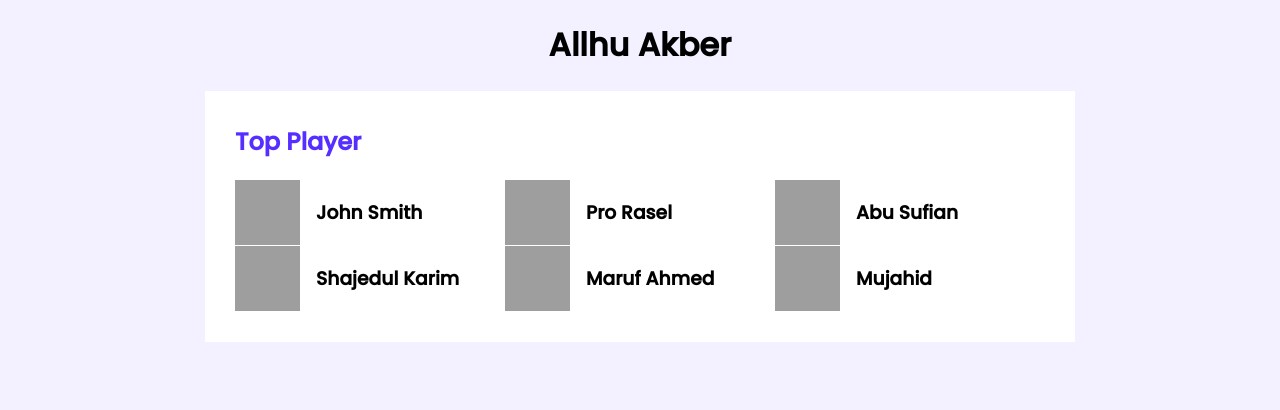
Repository: zjria/leader-board
Page: index.html
An editor plug-in stored every save of this project. The page is shown before and after the next save, followed by the edit.
The browser window is 1280 px wide. The pictures show the whole page.
Pictures or frames that could not be fetched are drawn as grey boxes.

Above is the page before, as saved 2022-09-03 09:47:01.

### index.html
<!DOCTYPE html>
<html lang="en">

<head>
    <meta charset="UTF-8">
    <meta http-equiv="X-UA-Compatible" content="IE=edge">
    <meta name="viewport" content="width=device-width, initial-scale=1.0">
    <title>leader-board</title>
    <!-- Custom CSS -->
    <link rel="stylesheet" href="/style/style.css">
</head>

<body>
    <h1>Allhu Akber</h1>
    <!-- Header Section -->
    <header>

    </header>
    <!-- Main Section -->
    <main>
        <section class="container">
            <div class="top-players">
                <h2 class="section-title">Top Player</h2>
                <div class="players">
                    <div class="player">
                        <img src="images/players/player-1.png" alt="">
                        <h3 class="name-title">John Smith</h3>
                    </div>
                    <div class="player">
                        <img src="images/players/player-2.png" alt="">
                        <h3 class="name-title">Pro Rasel</h3>
                    </div>
                    <div class="player">
                        <img src="images/players/player-3.png" alt="">
                        <h3 class="name-title">Abu Sufian</h3>
                    </div>
                    <div class="player">
                        <img src="images/players/player-4.png" alt="">
                        <h3 class="name-title">Shajedul Karim</h3>
                    </div>
                    <div class="player">
                        <img src="images/players/player-5.png" alt="">
                        <h3 class="name-title">Maruf Ahmed</h3>
                    </div>
                    <div class="player">
                        <img src="images/players/player-6.png" alt="">
                        <h3 class="name-title">Mujahid</h3>
                    </div>
                </div>
            </div>
        </section>
    </main>
</body>

</html>

### style/style.css
/* Google Fonts */
@import url('https://fonts.googleapis.com/css2?family=Poppins:wght@500&family=Roboto:wght@100;300;400;500;700;900&display=swap');

h1 {
    display: flex;
    justify-content: center;
}

/* Commant CSS Utilitis */
body {
    border: 0px;
    margin: 0px;
    font-family: 'Poppins', sans-serif;
    /* font-family: 'Roboto', sans-serif; */
    background-color: #F3F1FF;
}

/* Top Players Section */
main {
    display: flex;
    justify-content: center;
}

.section-title {
    color: #562EFF;
    font-size: 24px;
}

.container {
    background-color: #FFFFFF;
    width: 870px;
}

.top-players {
    padding: 30px;
}

h2.section-title {
    margin-top: 3px;
}

.players {
    display: grid;
    grid-template-columns: repeat(3, 1fr);
}

.player {
    display: flex;
    align-items: center;
}

.player img {
    width: 65px;
    height: 65px;
}

.name-title {
    margin-left: 16px;
}

After the next save:
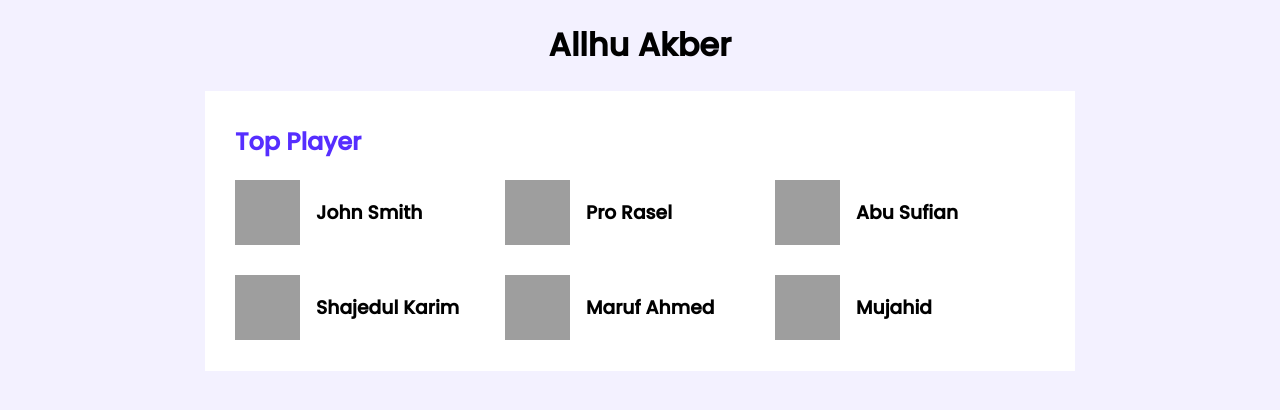
Saved 87 s later.
--- a/style/style.css
+++ b/style/style.css
@@ -42,6 +42,7 @@ h2.section-title {
 .players {
     display: grid;
     grid-template-columns: repeat(3, 1fr);
+    grid-row-gap: 29px;
 }
 
 .player {
